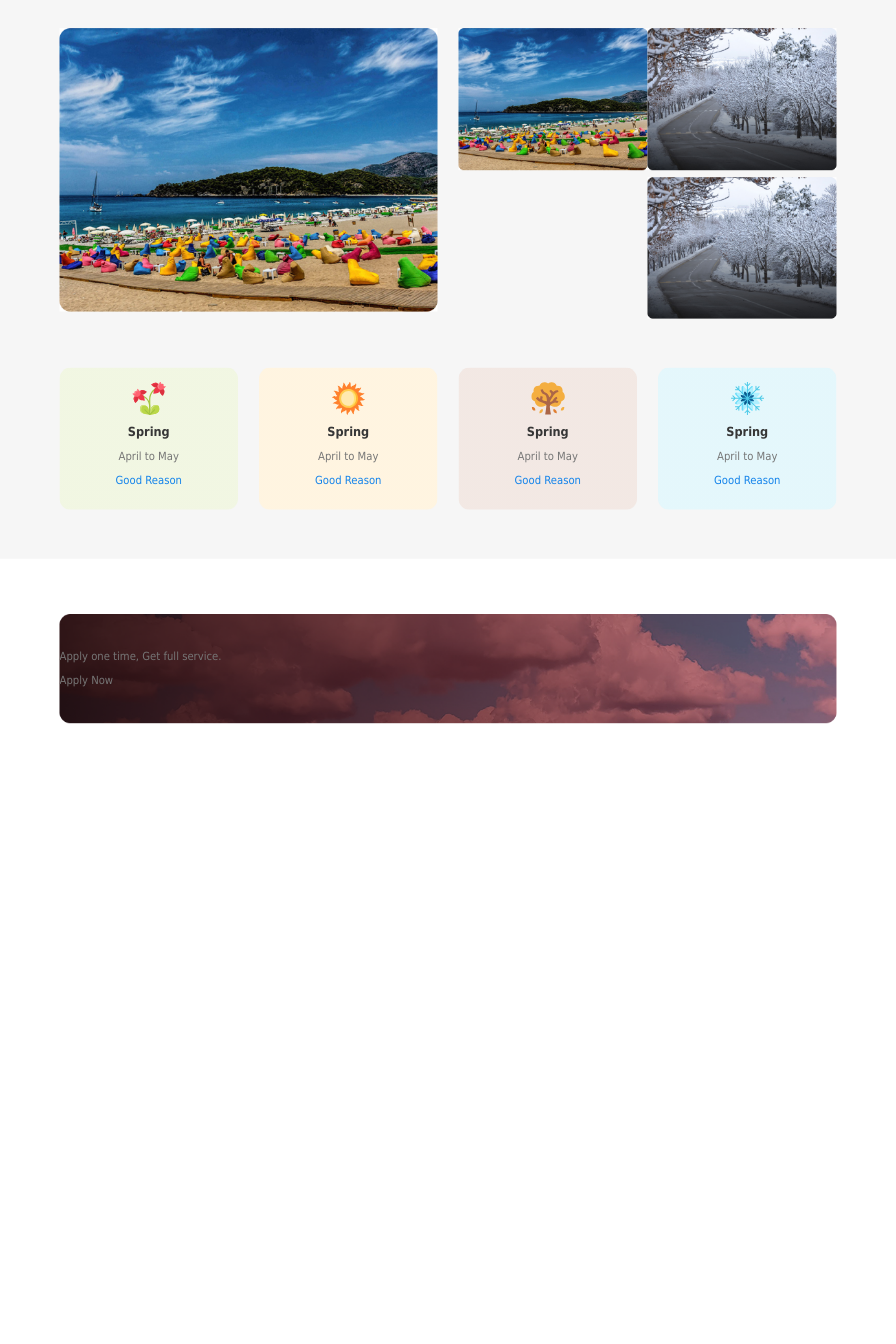
Repository: cvminhquan/turkey
Page: index.html
An editor plug-in stored every save of this project. The page is shown before and after the next save, followed by the edit.
The browser window is 1280 px wide. The pictures show the part of the page from y = 3013 to 4933 px (the page is 30000 px tall), at 70% of full size.
The style sheet was rebuilt from its Sass, Less or Tailwind sources for each picture, by a compiler version that may differ from the author's.

Above is the page before, as saved 2022-09-15 22:58:19.

After the next save:
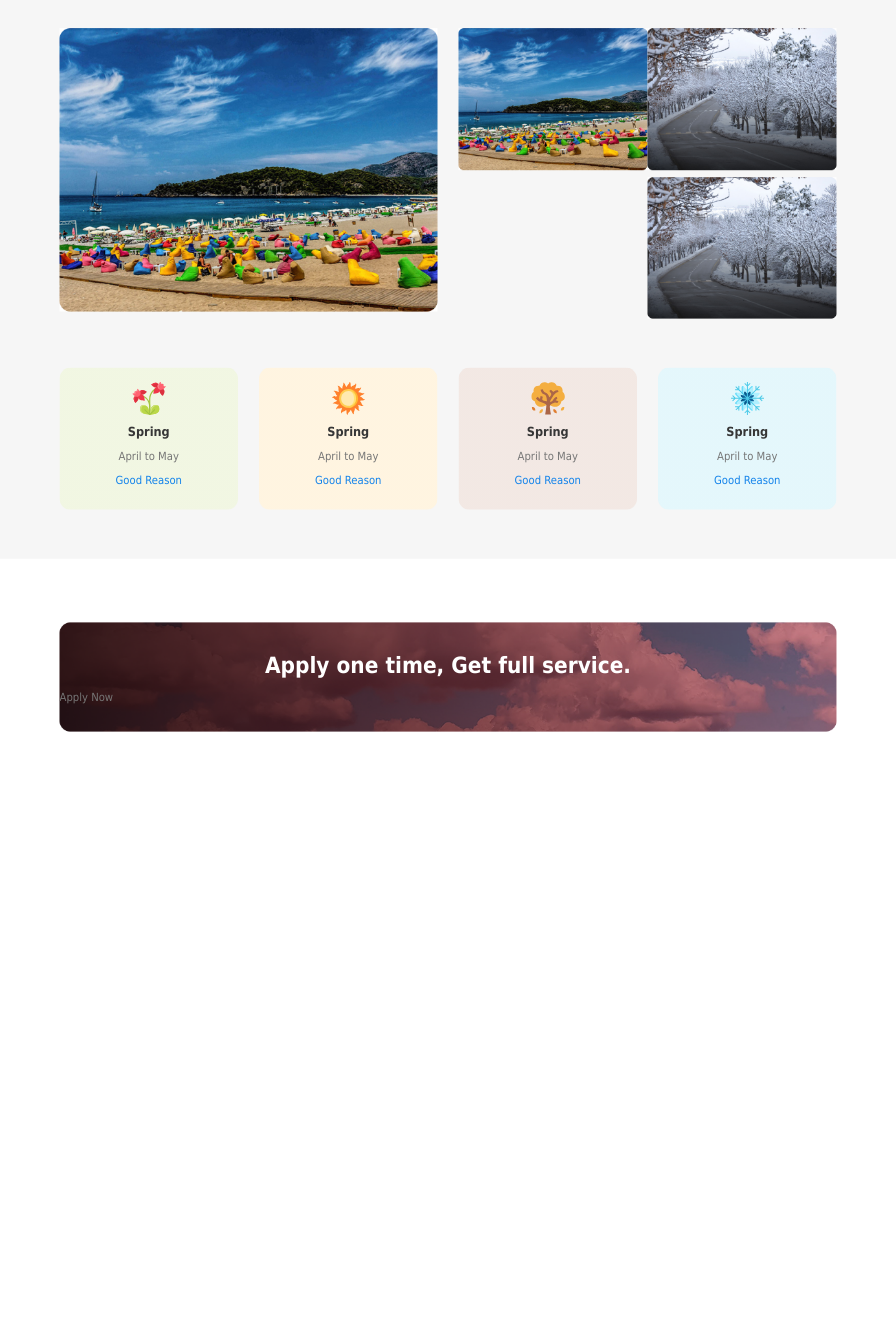
Saved 3 s later.
--- a/index.html
+++ b/index.html
@@ -245,7 +245,7 @@
             <div>
                 <div class="container">
                     <div class="ad-infor">
-                        <p>Apply one time, Get full service.</p>
+                        <p class="text-center ad-infor-title">Apply one time, Get full service.</p>
                         <a href="">Apply Now</a>
                     </div>
                 </div>
